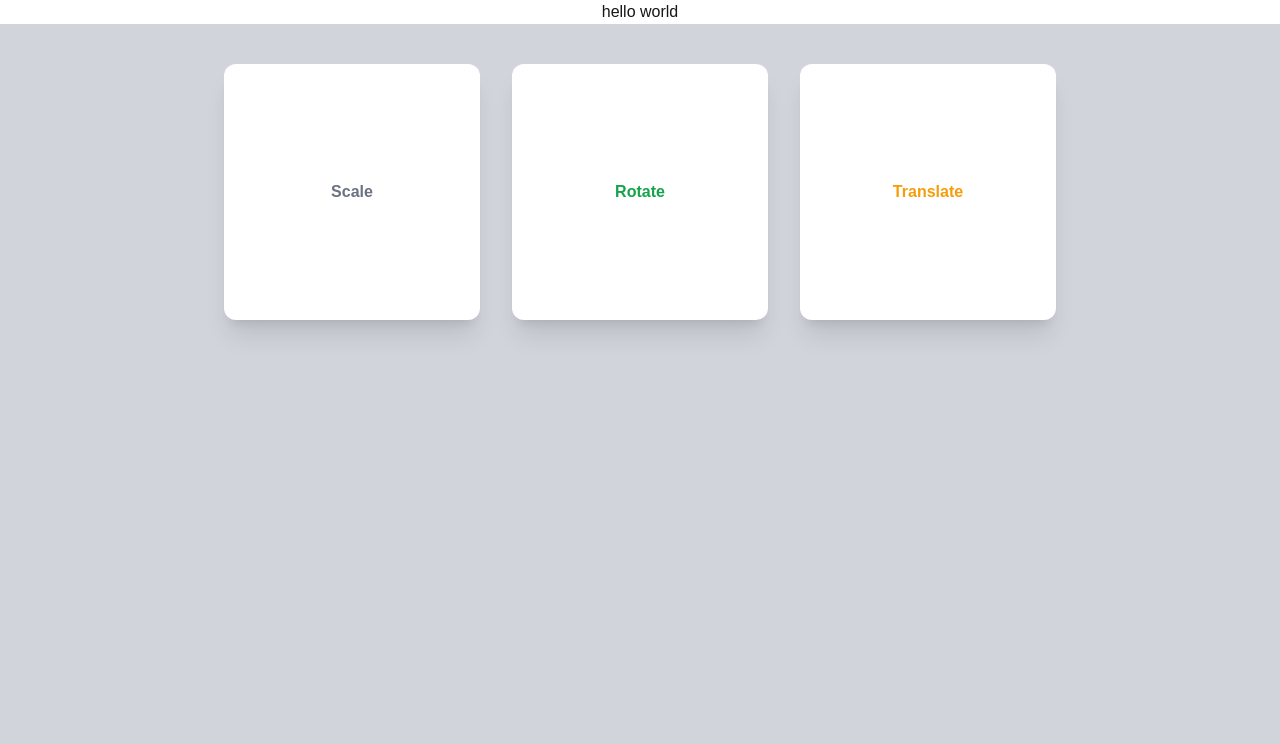
Repository: vitorbelluzzo/CountryInformationApp
Page: / (app in fe/)
The author's editor kept a copy of each file at every save. The page is drawn from the files as they stood at one save, then again after a run of saves.
The browser window is 1280 px wide. The pictures show the whole page.
The project was rebuilt for these pictures with package versions that can differ from the ones it lists, and the page was loaded fresh each time. The framework's server and built-in components were replaced by stand-ins that run in the browser. Also part of the build but not shown: fe/next.config.ts.

Above is the page before, as saved 2024-10-29 13:55:27.

After the next 3 saves:
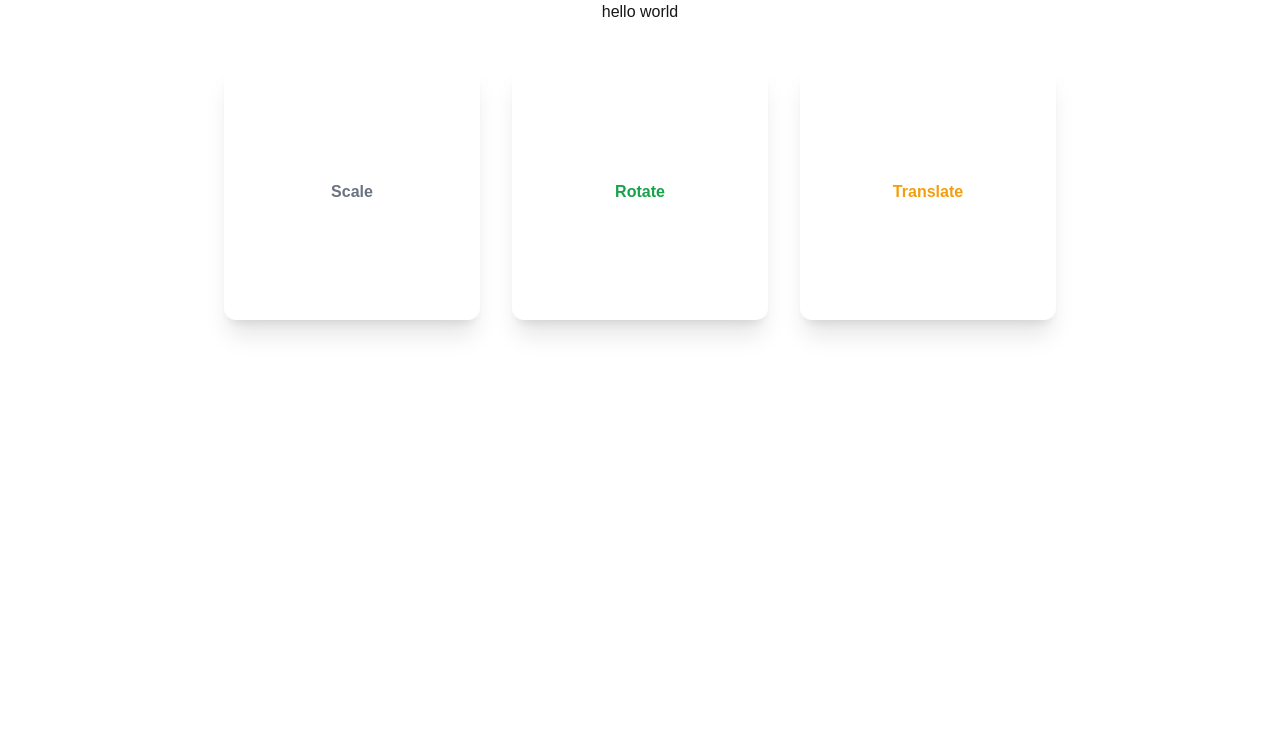
The 3 saves are shown as one change because they came seconds apart.
The last was saved 20 s later.
--- a/fe/src/app/page.tsx
+++ b/fe/src/app/page.tsx
@@ -25,7 +25,7 @@ export default function Home() {
   return (
     <div>
       <p className="text-center">hello world</p>
-      <div className="flex gap-8 flex-wrap justify-center bg-gray-300 h-screen py-10">
+      <div className="flex gap-8 flex-wrap justify-center  h-screen py-10">
     <div
         className="transform  rounded-xl h-40 w-40 sm:h-64 sm:w-64 bg-white shadow-xl transition duration-300 hover:scale-105">
         <div className="flex h-full justify-center items-center">
